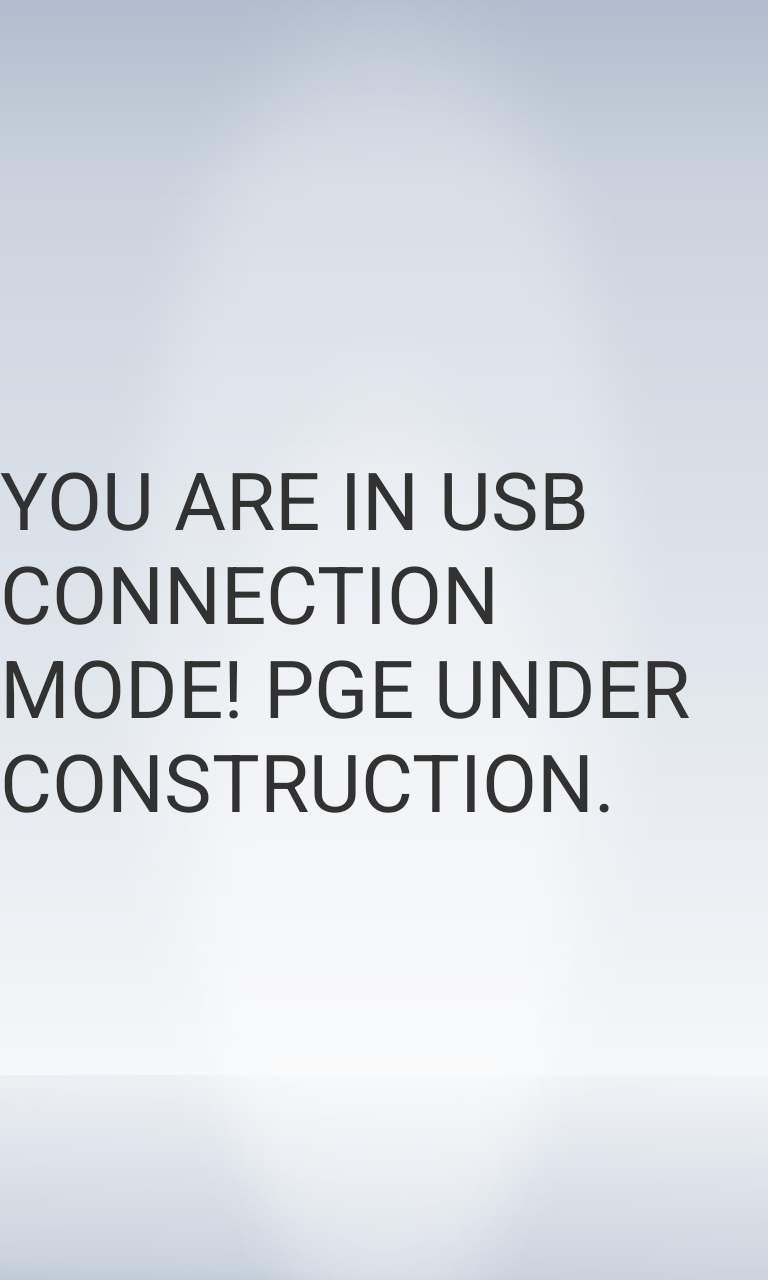
Repository: neha01mittal/AndroidGameController
Layout: AndroidTCPComm/AndroidGameController/GameControllerDataTransfer/res/layout/activity_usb.xml
An editor plug-in stored every save of this project. The layout is shown before and after the next save, followed by the edit.
It is drawn on a 768 x 1280 px phone screen (xhdpi) without system bars, with theme AppTheme; the app's code is not run.

Above is the layout before, as saved 2013-12-12 09:43:02.

After the next save:
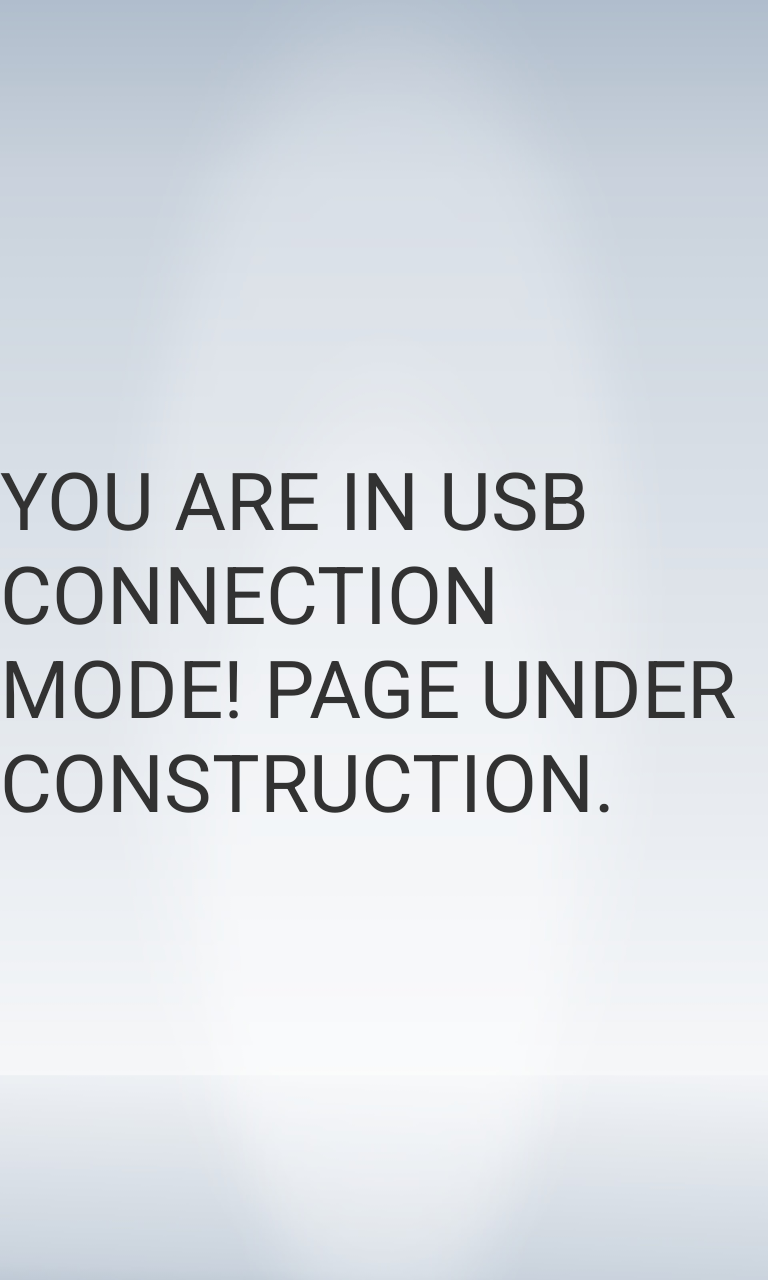
Saved 4 s later.
--- a/AndroidTCPComm/AndroidGameController/GameControllerDataTransfer/res/layout/activity_usb.xml
+++ b/AndroidTCPComm/AndroidGameController/GameControllerDataTransfer/res/layout/activity_usb.xml
@@ -10,6 +10,6 @@
             android:layout_width="wrap_content"
             android:layout_height="wrap_content"
             android:layout_gravity="center"
-            android:text="YOU ARE IN USB CONNECTION MODE! PGE UNDER CONSTRUCTION."
+            android:text="YOU ARE IN USB CONNECTION MODE! PAGE UNDER CONSTRUCTION."
             android:textSize="40sp" />
 </LinearLayout>
